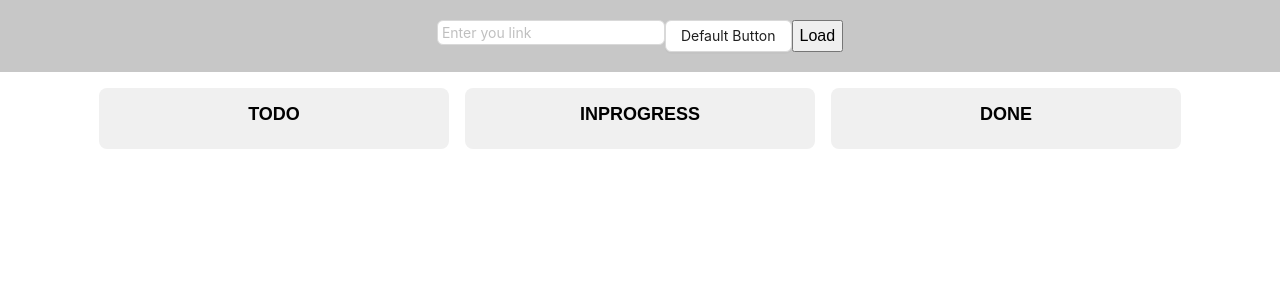
Repository: dVaselevsliy/kanban-test
Page: /
An editor plug-in stored every save of this project. The page is shown before and after a run of saves, followed by the edit.
The browser window is 1280 px wide. The pictures show the whole page.
The project was rebuilt for these pictures with package versions that can differ from the ones it lists, and the page was loaded fresh each time. Also part of the build but not shown: vite.config.ts, src/helpers/timeAgo.js, src/components/Issue.tsx.

Above is the page before, as saved 2025-03-03 01:48:44.

After the next 5 saves:
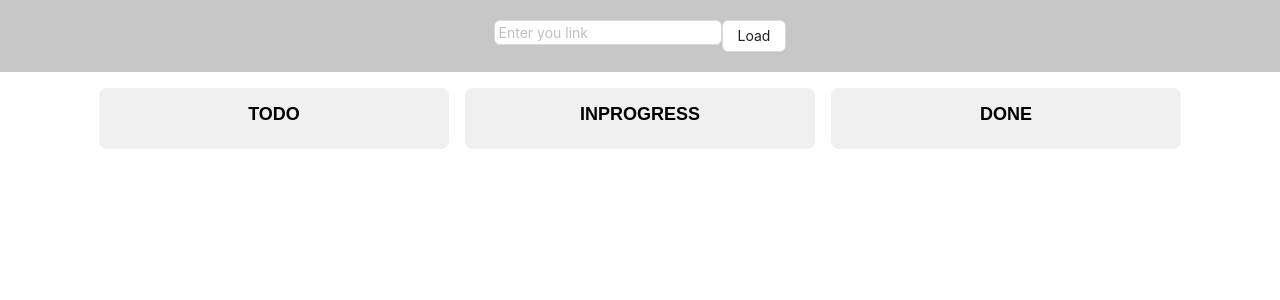
The 5 saves are shown as one change because they came seconds apart.
The last was saved 12 s later.
--- a/src/App.tsx
+++ b/src/App.tsx
@@ -66,12 +66,9 @@ function App() {
             id="query"
             type="text" />
 
-          <Button>Default Button</Button>
-          <button
-
-          >
+          <Button>
             Load
-          </button>
+          </Button>
           {error && error}
         </form>
         <KanbanBoard issues={issues} repoUrl={link} />
